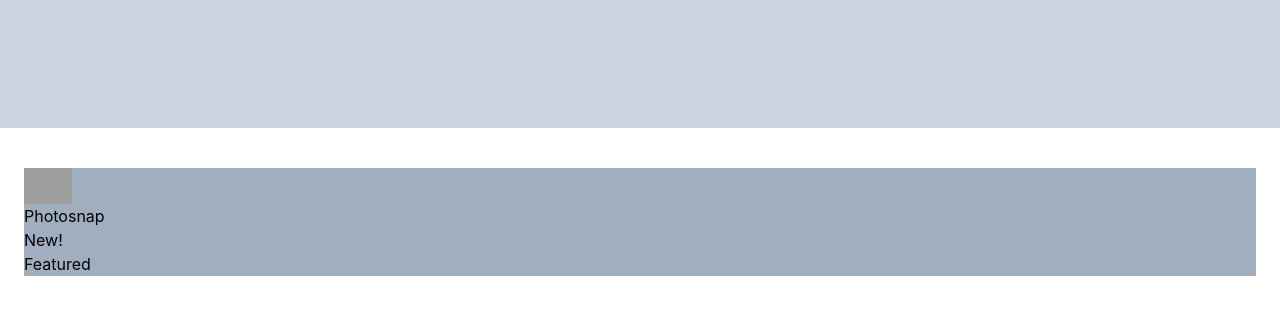
Repository: asongdon/frontendmentor-joblisting
Page: /
An editor plug-in stored every save of this project. The page is shown before and after the next save, followed by the edit.
The browser window is 1280 px wide. The pictures show the whole page.
Pictures or frames that could not be fetched are drawn as grey boxes. The project was rebuilt for these pictures with package versions that can differ from the ones it lists, and the page was loaded fresh each time. The framework's server and built-in components were replaced by stand-ins that run in the browser. Also part of the build but not shown: nuxt.config.js.

Above is the page before, as saved 2020-04-12 18:29:02.

After the next save:
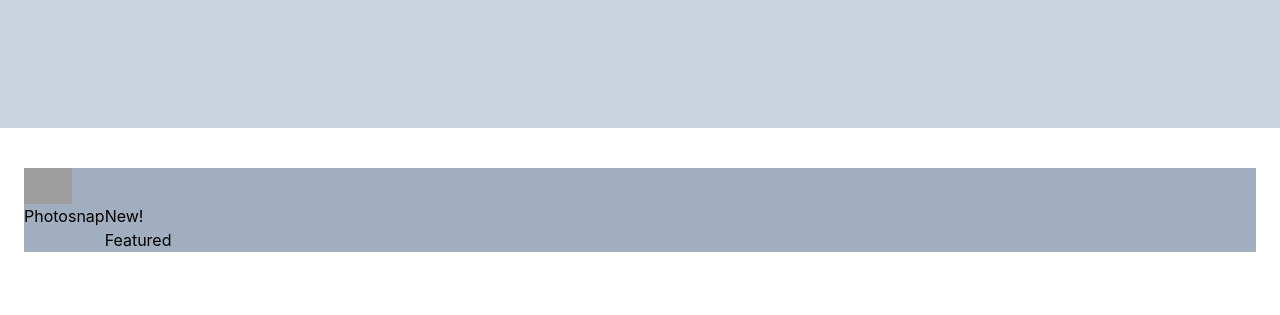
Saved 5 s later.
--- a/components/Maincard.vue
+++ b/components/Maincard.vue
@@ -1,7 +1,7 @@
 <template>
   <div class="bg-gray-500">
     <img class="w-12" src="~/assets/logos/faceit.svg" alt="" />
-    <div>
+    <div class="flex">
       <div>Photosnap</div>
       <div>
         <div>New!</div>
